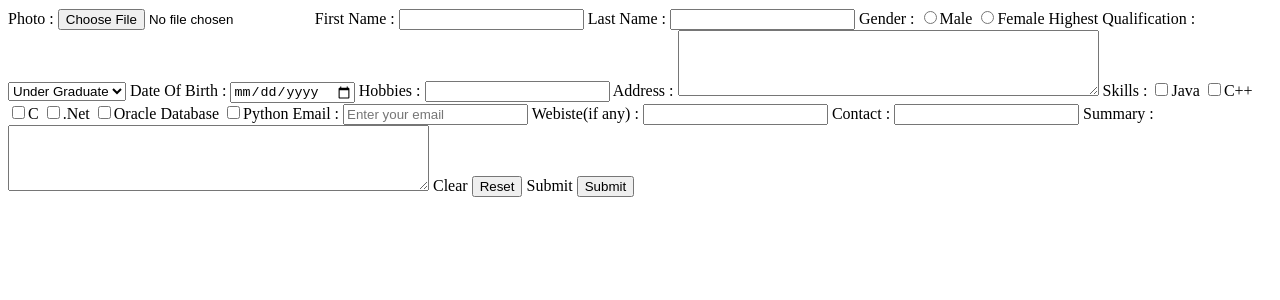
Repository: kiaanMayur/Servlet-Resume-Builder
Page: ResumeBuilder/WebContent/index.html
An editor plug-in stored every save of this project. The page is shown before and after the next save, followed by the edit.
The browser window is 1280 px wide. The pictures show the whole page.

Above is the page before, as saved 2018-08-07 08:38:08.

After the next save:
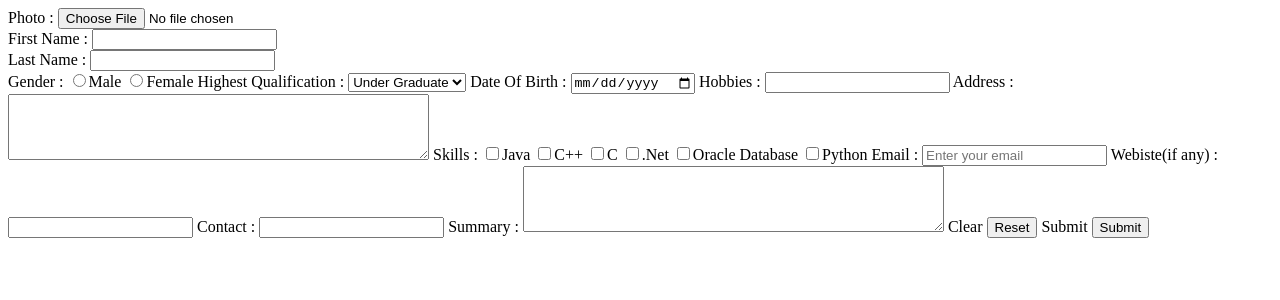
Saved 2 min 39 s later.
--- a/ResumeBuilder/WebContent/index.html
+++ b/ResumeBuilder/WebContent/index.html
@@ -8,9 +8,9 @@
 
 	<form action="">
 
-		Photo : <input type="file" name="Photo">
-		First Name : <input type="text" name="First Name">
-		Last Name : <input type="text" name="Last Name">
+		Photo : <input type="file" name="Photo"> </br>
+		First Name : <input type="text" name="First Name"> </br>
+		Last Name : <input type="text" name="Last Name"> </br>
 		Gender :
 				<input type="radio" name="Gender">Male
 				<input type="radio" name="Gender">Female
